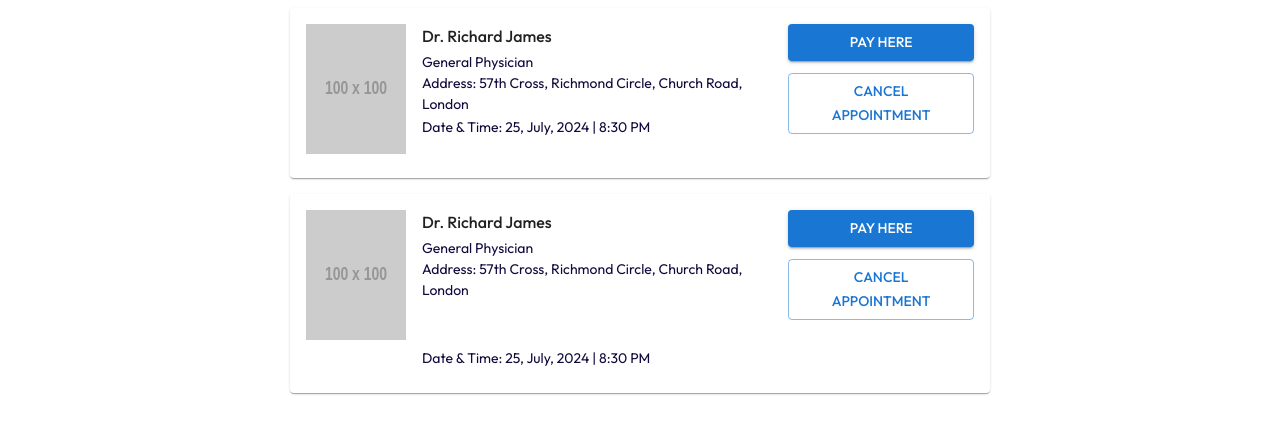
Repository: Ali-Dmerdash/DEPI_GRAD
Page: /
The author's editor kept a copy of each file at every save. The page is drawn from the files as they stood at one save, then again after the next save.
The browser window is 1280 px wide. The pictures show the whole page.
The project was rebuilt for these pictures with package versions that can differ from the ones it lists, and the page was loaded fresh each time. Also part of the build but not shown: vite.config.ts.

Above is the page before, as saved 2024-10-08 20:53:17.

After the next save:
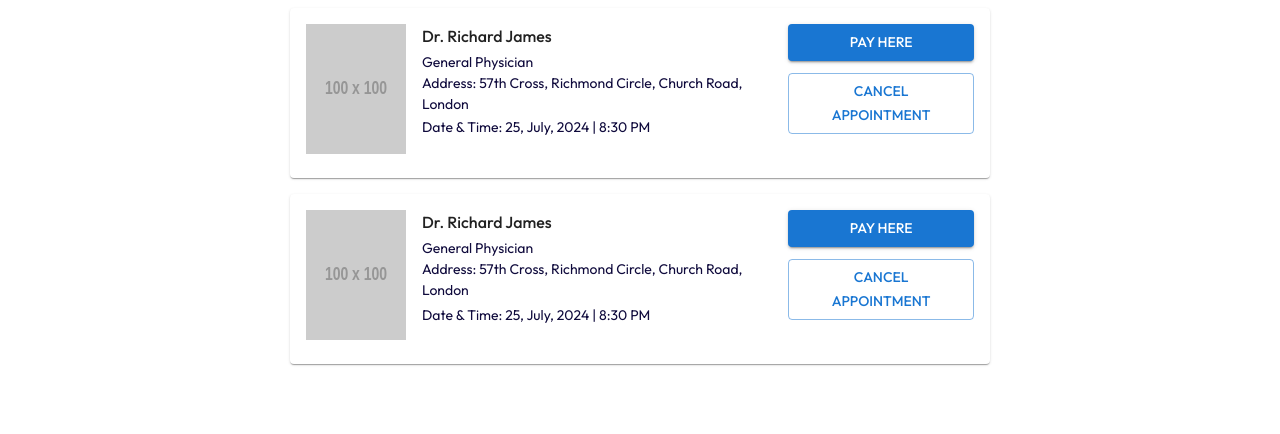
Saved 4 s later.
--- a/src/pages/myappointment/index.tsx
+++ b/src/pages/myappointment/index.tsx
@@ -76,7 +76,7 @@ const MyAppointment: React.FC = () => {
               <Typography
                 color="#0F0A3C"
                 fontSize="14px"
-                sx={{ marginBottom: "47px" }}
+                sx={{ marginBottom: "4px" }}
               >
                 Address: 57th Cross, Richmond Circle, Church Road, London
               </Typography>
